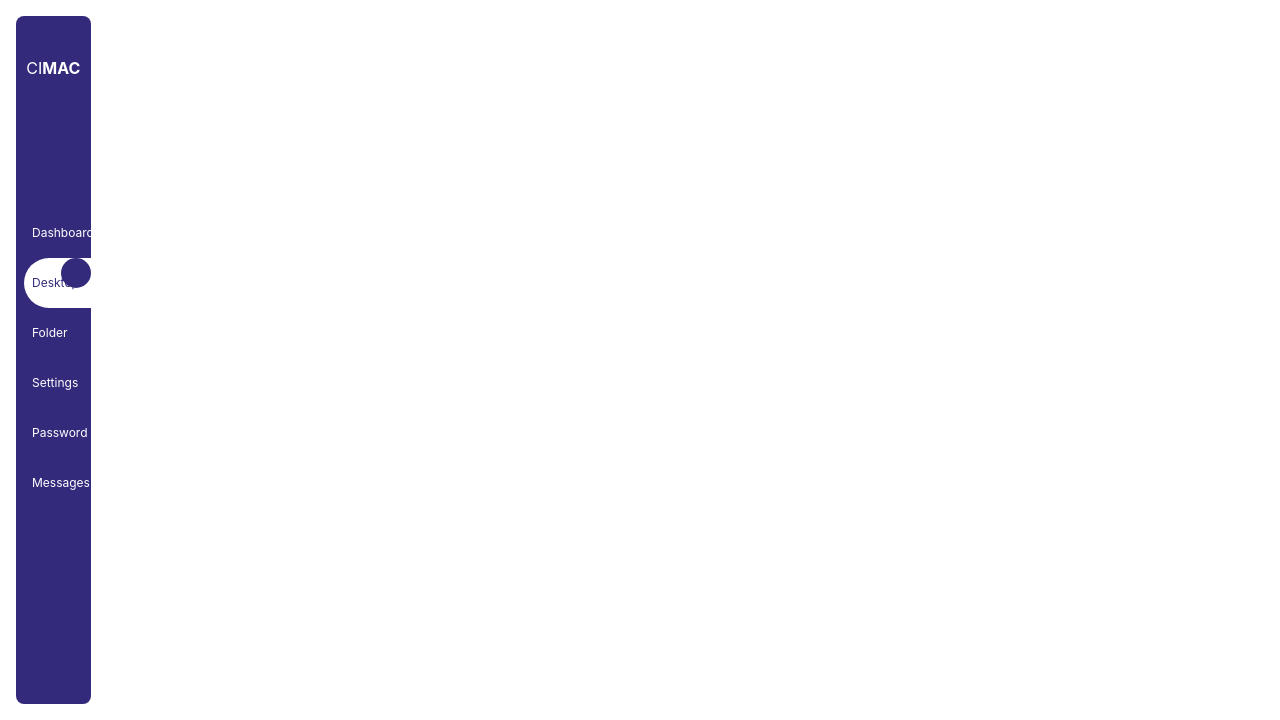
Repository: charleyvibez/experiment-Utility-software-UI
Page: index.html
The author's editor kept a copy of each file at every save. The page is drawn from the files as they stood at one save, then again after the next save.
The browser window is 1280 px wide. The pictures show the whole page.

Above is the page before, as saved 2020-03-17 23:39:36.

### index.html
<!DOCTYPE html>
<html lang="en">
<head>
  <meta charset="UTF-8">
  <meta name="viewport" content="width=device-width, initial-scale=1.0">

  <link rel="stylesheet" href="tailwind.css">
  <link rel="stylesheet" href="index.css">
  <title>Document</title>
</head>
<body>
  <aside class="w-1/12 p-4 h-screen">
    <div class="aside-container bg-gray-100 rounded-lg flex flex-col items-center h-full">
      <div class="logo pt-10 text-white">
        <h3>CI<span class="font-bold">MAC</span></h3>
      </div>

      <nav class="flex flex-col items-center text-xs mt-32 text-white w-full pl-2">
        <div class="nav-item w-full pl-2 py-4">Dashboard</div>
        <div class="nav-item w-full pl-2 py-4 active-nav">Desktop</div>
        <div class="nav-item w-full pl-2 py-4">Folder</div>
        <div class="nav-item w-full pl-2 py-4">Settings</div>
        <div class="nav-item w-full pl-2 py-4">Password</div>
        <div class="nav-item w-full pl-2 py-4">Messages</div>
      </nav>
    </div>

  </aside>
  <main></main>
</body>
</html>

### index.css
.aside-container {
  background: #332a7b;
}
.active-nav {
  position: relative;
  background:white;
  color: #332a7b;
  border-bottom-left-radius: 30px;
  border-top-left-radius: 30px;
}

.active-nav:before {
  position: absolute;
  content: '';
  height: 30px;
  width: 30px;
  border-radius: 50%;
  top: 0;
  right: 0;
  background: #332a7b;
}

Loaded but not shown: tailwind.css (library)

After the next save:
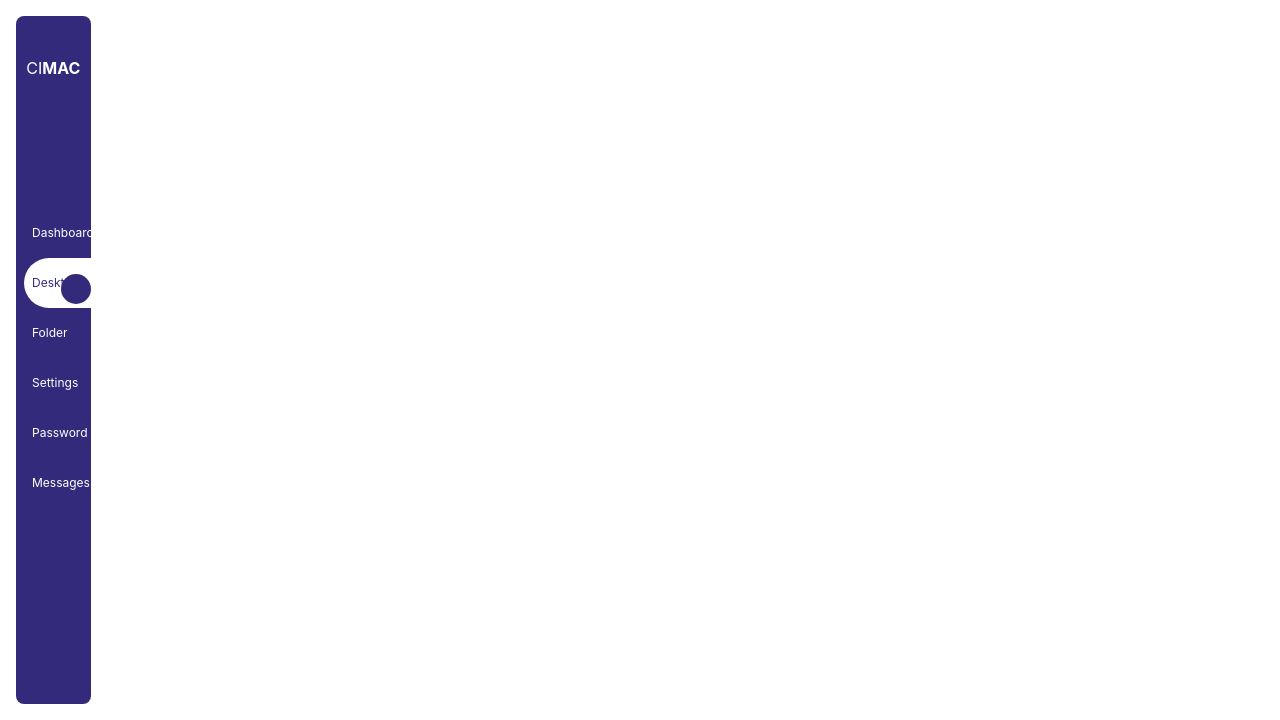
Saved 33 s later.
--- a/index.css
+++ b/index.css
@@ -15,7 +15,7 @@
   height: 30px;
   width: 30px;
   border-radius: 50%;
-  top: 0;
+  top: -10;
   right: 0;
   background: #332a7b;
 }
